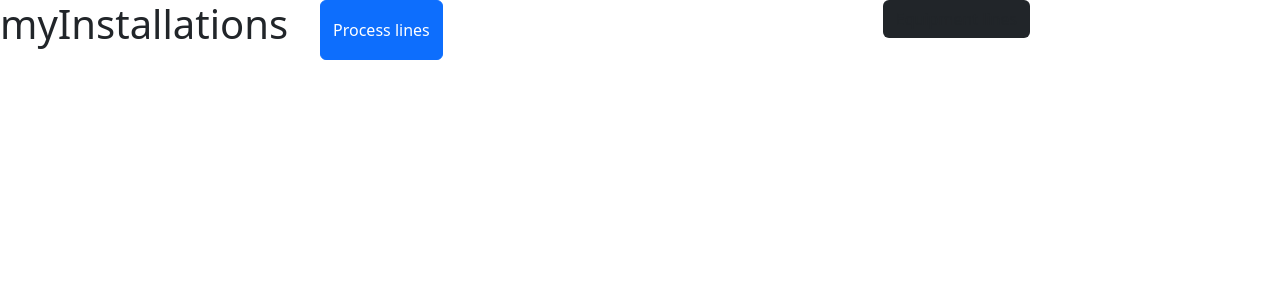
Repository: sreech465/evin3
Page: /equipment
The author's editor kept a copy of each file at every save. The page is drawn from the files as they stood at one save, then again after the next save.
The browser window is 1280 px wide. The pictures show the whole page.
The page's requests for data from a server got no answer. The project was rebuilt for these pictures with package versions that can differ from the ones it lists, and the page was loaded fresh each time. No one was signed in, and anything a server would have sent is missing. Also part of the build but not shown: src/Login.js, src/Display.js, src/Details.js, src/CustomSearchBar.js, src/Process.js, src/Learning.js, src/ProcessDetails.js, src/EquipDetails.js.

Above is the page before, as saved 2022-10-29 08:25:16.

### src/index.js
import React from "react";
import ReactDOM from "react-dom/client";
import "./index.css";
import App from "./App";
import reportWebVitals from "./reportWebVitals";
import { Provider } from "react-redux";
import store from "./store";
import "bootstrap/dist/css/bootstrap.min.css";
const root = ReactDOM.createRoot(document.getElementById("root"));
root.render(
  <React.StrictMode>
    <Provider store={store}>
      <App />
    </Provider>
  </React.StrictMode>
);

// If you want to start measuring performance in your app, pass a function
// to log results (for example: reportWebVitals(console.log))
// or send to an analytics endpoint. Learn more: https://bit.ly/CRA-vitals
reportWebVitals();

### src/App.js
import React from "react";
import { Routes, Route } from "react-router-dom";
import { BrowserRouter } from "react-router-dom";
import Login from "./Login";
import Display from "./Display";
import Details from "./Details";
import Process from "./Process";
import Equipment from "./Equipment";
import Learning from "./Learning";
import ProcessDetails from "./ProcessDetails";
import EquipDetails from "./EquipDetails";

const App = () => {
  return (
    <div className="App">
      <BrowserRouter>
        <Routes>
          <Route path="/" element={<Login />} />
          <Route path="/display" element={<Display />} />
          <Route path="/details" element={<Details />} />
          <Route path="/pdetails" element={<Process />} />
          <Route path="/elearning" element={<Learning />} />
          <Route path="/equipment" element={<Equipment />} />
          <Route path="/pdetails/:id" element={<ProcessDetails />} />
          <Route path="/equipment/:id" element={<EquipDetails />} />
        </Routes>
      </BrowserRouter>
    </div>
  );
};

export default App;

### src/store.js
import { applyMiddleware, createStore } from "redux";
import thunk from "redux-thunk";

import { singleReducer } from "./combineReducer";

const store = createStore(singleReducer, applyMiddleware(thunk));

export default store;

### src/Equipment.js
import React, { useEffect } from "react";
import { useSelector, useDispatch } from "react-redux";
import { getEquipmentDetails } from "./Actions";
import Headertabs from "./Headertabs";
import { Link } from "react-router-dom";

const Equipment = () => {
  const dispatch = useDispatch();

  const access_token = useSelector(
    (state) => state.LoginReducer.auth.access_token
  );

  const EquipmentList = useSelector((state) => state.EquipmentReducer.Data102);
  console.log(EquipmentList);

  useEffect(() => {
    dispatch(getEquipmentDetails(access_token));
  }, []);

  return (
    <>
      <Headertabs />
      {/* <div>
        <Routes>
          <Route path="/equipment" element={<Equipment />} />
        </Routes>
      </div> */}

      <>
        {EquipmentList &&
          EquipmentList.data.results.length > 0 &&
          EquipmentList.data.results.map((element) => {
            return (
              <>
                <div class="card" style={{ display: "flex" }}>
                  <img
                    style={{ width: 70, height: 40 }}
                    class="card-img-top"
                    src={element.equipment_image}
                    alt="Card image cap"
                  />
                  <div class="card-body">
                    <h5 class="card-title">{element.equipment_id}</h5>
                    <p class="card-text">
                      {element.line_org_location} {element.installed_by_name}.
                    </p>
                    <Link to={`/equipment/${element.id}`}>
                      <button class="btn btn-primary">Details</button>
                    </Link>
                  </div>
                </div>
              </>
            );
          })}
      </>
      {/* ) : ( "loading" ); */}
    </>
  );
};

export default Equipment;

### src/combineReducer.js
import { combineReducers } from "redux";
import {
  equipmentReducer,
  equipmentReducer1,
  LoginReducer,
  processReducer,
  processReducer1,
  projectReducer,
} from "./Reducer";

export const singleReducer = combineReducers({
  LoginReducer: LoginReducer,
  ProjectReducer: projectReducer,
  ProcessReducer: processReducer,
  ProcessReducer1: processReducer1,
  EquipmentReducer: equipmentReducer,
  EquipmentReducer1: equipmentReducer1,
});

### src/Actions.js
import axios from "axios";

import {
  LOGIN_SUCESS,
  PROCESS_SUCESS,
  PROJECT_SUCESSC,
  EQUIPMENT_SUCESS,
  EQUIPMENT_SUCESSC,
  PROJECT_SUCESS,
} from "./types";

const apiBaseUrl = "http://52.139.224.15:81/account/";
const adminbaseurl = "http://52.139.224.15:81/";
const baseUrl = "http://52.139.224.15:81/account/login/";

export const loginAction = (username, password, navigate) => {
  console.log(username, password, "action");
  return async (dispatch) => {
    const formData = {
      username: username,
      password: password,
    };

    try {
      await axios.post(baseUrl, formData).then((response) => {
        console.log("response from api", response.data);
        if (response.status == 200) {
          dispatch({ type: LOGIN_SUCESS, payload: response.data });
          navigate("/display");
        }
      });
    } catch (err) {
      console.log(err);
    }
  };
};

export const getProjectDetails = (access_token) => {
  console.log(access_token);
  return async (dispatch) => {
    let config = {
      headers: { Authorization: `Bearer ${access_token}` },
    };

    try {
      await axios
        .get(
          "http://52.139.224.15:81/my_project_list/?search=&page=1&ordering=-id&project_status=&solution_org=",
          config
        )
        .then((response) => {
          console.log("response from api", response);
          if (response.status == 200) {
            dispatch({ type: PROCESS_SUCESS, payload: response });
          }
        });
    } catch (err) {
      console.log(err);
    }
  };
};

export const getProcesslines = (access_token) => {
  console.log(access_token);
  return async (dispatch) => {
    let config = {
      headers: { Authorization: `Bearer ${access_token}` },
    };

    try {
      await axios
        .get(
          "http://52.139.224.15:81/end_user/process_line/?primary_product=all&org_location=&query=&page=1&sort_by=-id&installed_by=",
          config
        )
        .then((response) => {
          console.log("response from api", response);
          if (response.status == 200) {
            dispatch({ type: PROJECT_SUCESS, payload: response });
          }
        });
    } catch (err) {
      console.log(err);
    }
  };
};

export const getProcesslines1 = (access_token, id) => {
  console.log(access_token);
  console.log(id);

  return async (dispatch) => {
    let config = {
      headers: { Authorization: `Bearer ${access_token}` },
    };

    try {
      await axios
        .get(
          `http://52.139.224.15:81/end_user/process_line/?line_id=${id}`,
          config
        )
        .then((response) => {
          console.log("response from api", response);
          if (response.status == 200) {
            dispatch({ type: PROJECT_SUCESSC, payload: response });
          }
        });
    } catch (err) {
      console.log(err);
    }
  };
};

export const getEquipmentDetails = (access_token) => {
  console.log(access_token);
  return async (dispatch) => {
    let config = {
      headers: { Authorization: `Bearer ${access_token}` },
    };

    try {
      await axios
        .get(
          "http://52.139.224.15:81/tagged_equipment_list/?search=&page=1&ordering=-status&process_line__org_location__name=&process_line__name=&system=&oem_org_id=&process_line__primary_product_ref__name=&equipment_select=&process_line__installed_by=",
          config
        )
        .then((response) => {
          console.log("response from api", response);
          if (response.status == 200) {
            dispatch({ type: EQUIPMENT_SUCESS, payload: response });
          }
        });
    } catch (err) {
      console.log(err);
    }
  };
};

export const getEquipmentDetails1 = (access_token, id) => {
  console.log(access_token);
  console.log(id);
  return async (dispatch) => {
    let config = {
      headers: { Authorization: `Bearer ${access_token}` },
    };

    try {
      await axios
        .get(
          `http://52.139.224.15:81/tagged_equipment_list/?installed_equipment_id=${id}`,
          config
        )
        .then((response) => {
          console.log("response from api", response);
          if (response.status == 200) {
            dispatch({ type: EQUIPMENT_SUCESSC, payload: response });
          }
        });
    } catch (err) {
      console.log(err);
    }
  };
};

### src/Headertabs.js
import React from "react";
import "./styles.css";
import { Link } from "react-router-dom";

const Headertabs = () => {
  return (
    <>
      <div style={{ display: "flex" }}>
        <h1>myInstallations</h1>
        <nav className="nav">
          <ul
            style={{
              textDecoration: "none",
              display: "flex",
              justifyContent: "space-around",
            }}
          >
            <li style={{ listStyleType: "none" }}>
              <Link to="/pdetails">
                <button style={{ height: 60 }} className="btn btn-primary">
                  Process lines
                </button>
              </Link>
            </li>
            <li style={{ listStyleType: "none", marginLeft: 440 }}>
              <Link to="/equipment">
                <button className="btn btn-text-white bg-dark">
                  Equipment lines
                </button>
              </Link>
            </li>
          </ul>
        </nav>
      </div>
    </>
  );
};

export default Headertabs;

### src/Reducer.js
import {
  EQUIPMENT_SUCESS,
  EQUIPMENT_SUCESSC,
  LOGIN_SUCESS,
  PROCESS_SUCESS,
  PROJECT_SUCESS,
  PROJECT_SUCESSC,
} from "./types";
const initialState = {
  auth: {
    access_token: "",
    username: "",
    role_permissions: [],
  },
  Data100: "",
};

export const LoginReducer = (state = initialState, action) => {
  // console.log(action);

  switch (action.type) {
    case LOGIN_SUCESS:
      return {
        ...state,

        auth: action.payload,
      };

    default:
      return state;
  }
};

export const projectReducer = (state = initialState, action) => {
  // console.log(action);

  switch (action.type) {
    case PROCESS_SUCESS:
      return {
        ...state,

        Data100: action.payload,
      };

    default:
      return state;
  }
};

export const processReducer = (state = initialState, action) => {
  // console.log(action);

  switch (action.type) {
    case PROJECT_SUCESS:
      return {
        ...state,

        Data101: action.payload,
      };

    default:
      return state;
  }
};

export const processReducer1 = (state = initialState, action) => {
  // console.log(action);

  switch (action.type) {
    case PROJECT_SUCESSC:
      return {
        ...state,

        TOM: action.payload,
      };

    default:
      return state;
  }
};

export const equipmentReducer = (state = initialState, action) => {
  // console.log(action);

  switch (action.type) {
    case EQUIPMENT_SUCESS:
      return {
        ...state,

        Data102: action.payload,
      };

    default:
      return state;
  }
};

export const equipmentReducer1 = (state = initialState, action) => {
  // console.log(action);

  switch (action.type) {
    case EQUIPMENT_SUCESSC:
      return {
        ...state,

        JERRY: action.payload,
      };

    default:
      return state;
  }
};

### src/types.js
export const LOGIN_SUCESS = "LOGIN_SUCESS";
export const PROCESS_SUCESS = "PROCESS_SUCESS";
export const PROJECT_SUCESS = "PROJECT_SUCESS";
export const EQUIPMENT_SUCESS = "EQUIPMENT_SUCESS";
export const EQUIPMENT_SUCESSC = "EQUIPMENT_SUCESSC";
export const PROJECT_SUCESSC = "PROJECT_SUCESSC";

### src/styles.css
* {
    box-sizing: border-box;
}

body {
    margin:0;

}

.nav {
    background-color:'white';
    color:white;
    display: flex;
    justify-content: space-between;
    align-items: center;
    gap: 2rem;
    padding: 0 1rem;
}

.nav a {
    color:inherit
}

Loaded but not shown: public/index.html (common file); src/index.css (common file); src/reportWebVitals.js (common file)

After the next save:
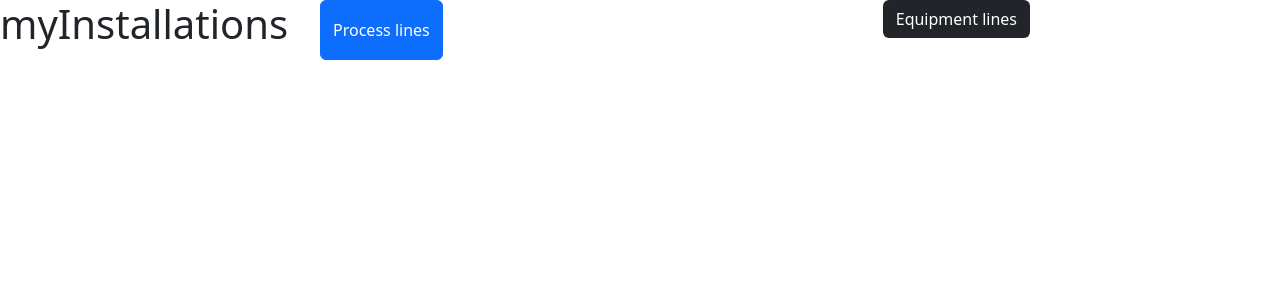
Saved 19 s later.
--- a/src/Headertabs.js
+++ b/src/Headertabs.js
@@ -24,7 +24,10 @@ const Headertabs = () => {
             </li>
             <li style={{ listStyleType: "none", marginLeft: 440 }}>
               <Link to="/equipment">
-                <button className="btn btn-text-white bg-dark">
+                <button
+                  style={{ color: "white" }}
+                  className="btn btn-text-white bg-dark"
+                >
                   Equipment lines
                 </button>
               </Link>
